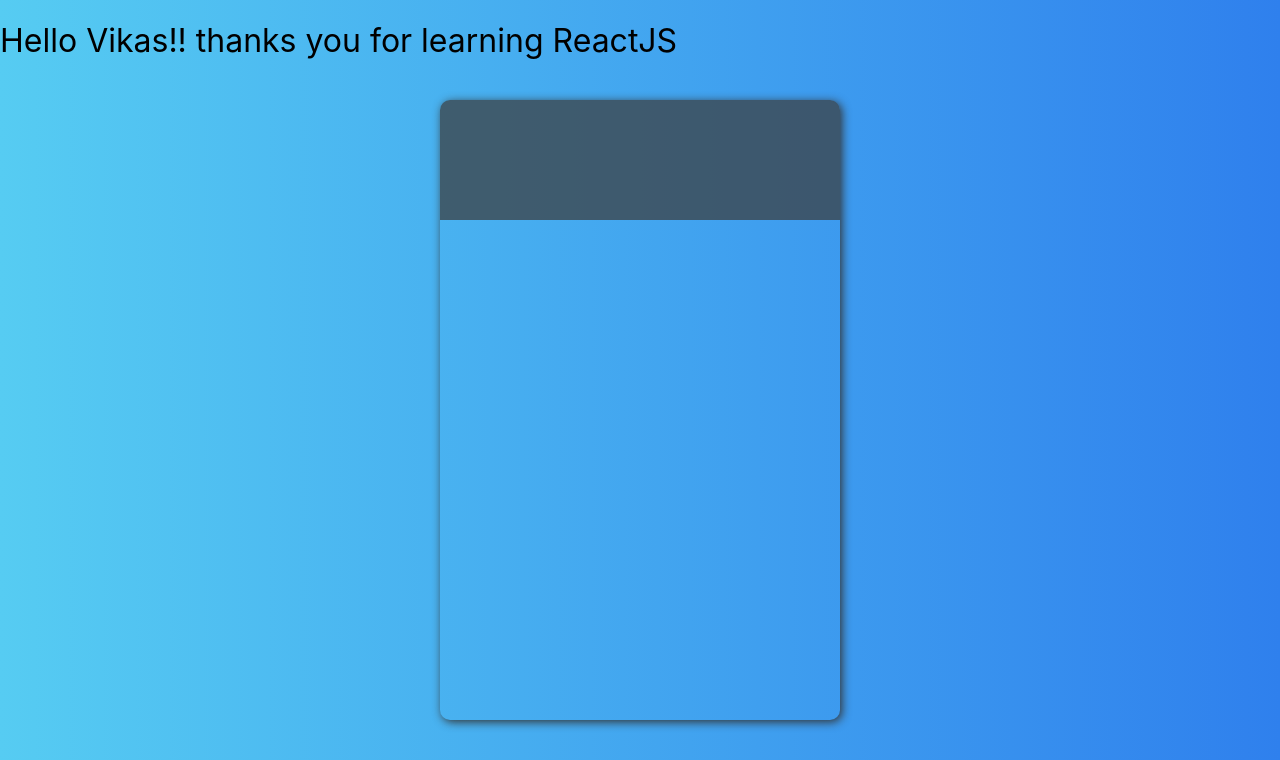
Repository: vikas-1234/calculator
Page: /
These files come from the project's save history. The page is drawn as it stood at one moment and after the next save; the edit follows.
The browser window is 1280 px wide. The pictures show the whole page.
The project was rebuilt for these pictures with package versions that can differ from the ones it lists, and the page was loaded fresh each time.

Above is the page before, as saved 2024-01-17 21:32:53.

### src/index.css
*,*::before,*::after{
  box-sizing: border-box;
  font-weight: normal;
}



body {
  margin: 0;
  padding: 0;
  background: linear-gradient(to right,#56ccf2, #2f80ed);
  font-family: -apple-system, BlinkMacSystemFont, 'Segoe UI', 'Roboto', 'Oxygen',
    'Ubuntu', 'Cantarell', 'Fira Sans', 'Droid Sans', 'Helvetica Neue',
    sans-serif;
  -webkit-font-smoothing: antialiased;
  -moz-osx-font-smoothing: grayscale;
}

code {
  font-family: source-code-pro, Menlo, Monaco, Consolas, 'Courier New',
    monospace;
}

### src/App.js

import Calculator from "./Components/Calculator";
function App() {
  return (
    <div className="App">
      <h1>Hello Vikas!! thanks you for learning ReactJS</h1>
      <Calculator/>
    </div>
  );
}

export default App;

### src/Components/Calculator.jsx
import React from 'react'
import {Container,Screen,Previous,Current} from "../Styles/Main";


const Calculator = () => {
  return (
    <>
    <Container>

      <Screen>
        <Previous></Previous>
        <Current></Current>
        </Screen>

    </Container>

    </>
  )
}

export default Calculator

### src/Styles/Main.jsx
import styled from "styled-components";

export const Container = styled.div`
  display: grid;
  justify-content: center;
  align-content: center;
  width: 400px;
  margin: 40px auto;
  grid-template-columns: repeat(4, 100px);
  grid-template-rows: minmax(120px, auto) repeat(5, 100px);
  box-shadow: 2px 2px 10px #333;
  border-radius: 10px;
`;

export const Screen = styled.div`
  grid-column: 1 / -1;
  background-color: rgba(60, 64, 67, 0.75);
  display: flex;
  justify-content: space-around;
  flex-direction: column;
  padding: 10px;
  word-wrap: break-word;
  word-break: break-all;
  text-align: right;
  border-top-left-radius: 10px;
  border-top-right-radius: 10px;
`;

export const Previous = styled.div`
  color: rgba(255, 255, 255, 0.75);
  font-size: 1.5rem;
`;

export const Current = styled.div`
  color: white;
  font-size: 2.5rem;
`;

export const Button = styled.button`
  cursor: pointer;
  font-size: 2rem;
  outline: none;
  border: 1px outset white;
  background-color: rgba(255, 255, 255, 0.75);
  &:hover {
    background-color: rgba(255, 255, 255, 0.9);
  }
  ${function ({ gridSpan }) {
    if (gridSpan) {
      return `grid-column: span ${gridSpan} ;`;
    }
  }};
  ${({ operation }) => operation && `background-color:gray;`};
  ${({ control }) => control && `background-color:skyBlue;`};
  ${({ equals }) =>
    equals && `background-color:gray;border-bottom-right-radius:10px;`};
  ${({ decimal }) =>
    decimal && `background-color:skyBlue;border-bottom-left-radius:10px;`};
`;

Loaded but not shown: public/index.html (common file); src/index.js (common file); src/reportWebVitals.js (common file)

After the next save:
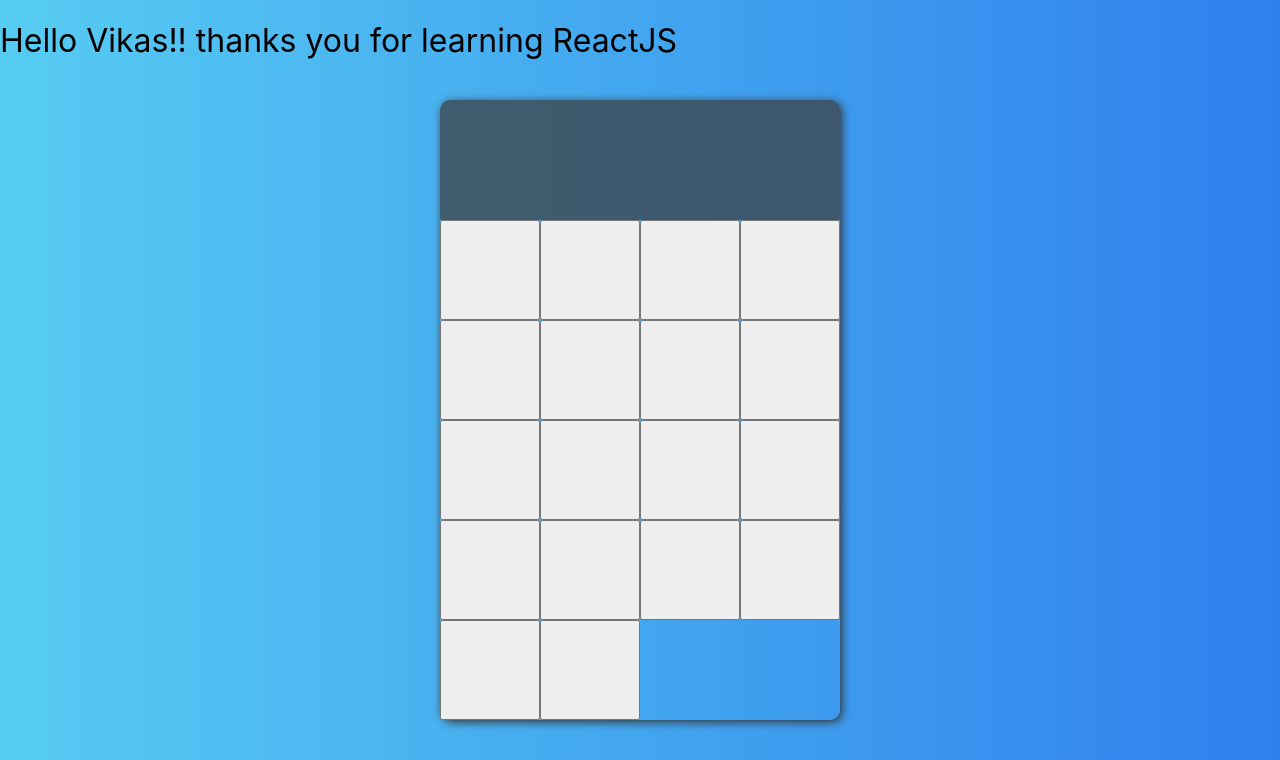
Saved 4 min 36 s later.
--- a/src/Components/Calculator.jsx
+++ b/src/Components/Calculator.jsx
@@ -11,6 +11,24 @@
         <Previous></Previous>
         <Current></Current>
         </Screen>
+        <button></button>
+        <button></button>
+        <button></button>
+        <button></button>
+        <button></button>
+        <button></button>
+        <button></button>
+        <button></button>
+        <button></button>
+        <button></button>
+        <button></button>
+        <button></button>
+        <button></button>
+        <button></button>
+        <button></button>
+        <button></button>
+        <button></button>
+        <button></button>
 
     </Container>
 
